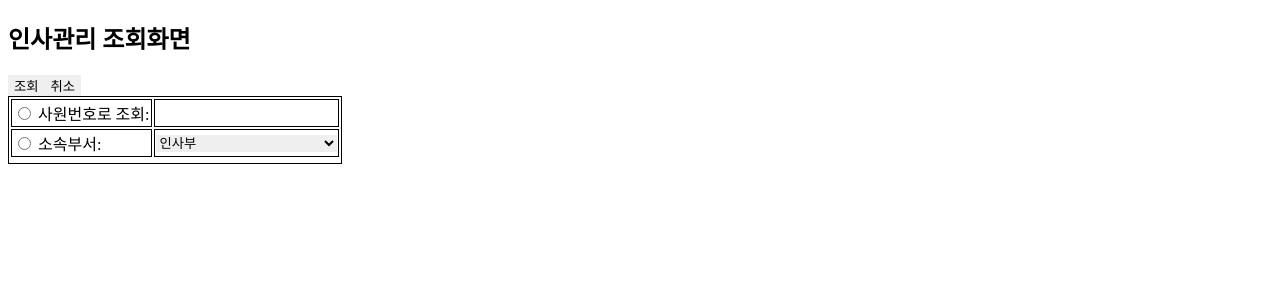
Repository: guguping/finalTestStudy
Page: http://localhost/test1/findMemberForm.jsp
An editor plug-in stored every save of this project. The page is shown before and after a run of saves, followed by the edit.
The browser window is 1280 px wide. The pictures show the whole page.
The page is served by Tomcat 9.

Above is the page before, as saved 2023-07-28 05:03:07.

After the next 2 saves:
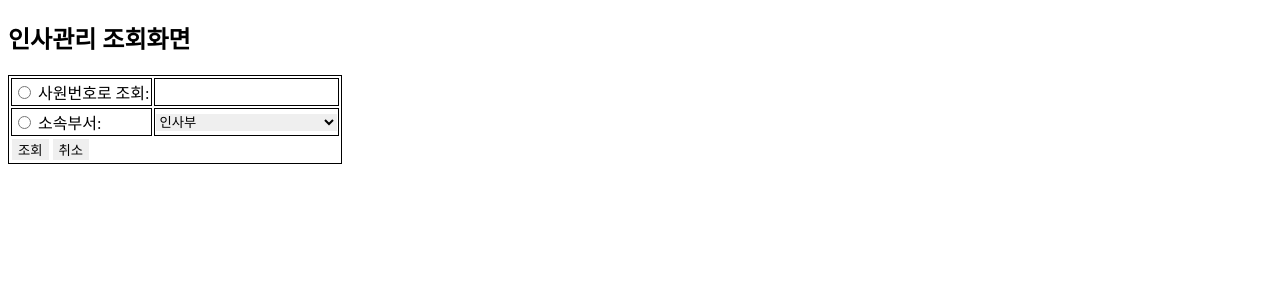
The 2 saves are shown as one change because they came seconds apart.
The last was saved 8 s later.
--- a/test1/src/main/webapp/findMemberForm.jsp
+++ b/test1/src/main/webapp/findMemberForm.jsp
@@ -52,10 +52,10 @@
 			</tr>
 			<tr>
 				<td style = "border: unset;">
+					<input type="submit" value="조회">
+					<input type="button" onclick="index()" value="취소">
 				</td>
 			</tr>
-			<input type="submit" value="조회">
-			<input type="button" onclick="index()" value="취소">
 		</table>
 	</form>
 
